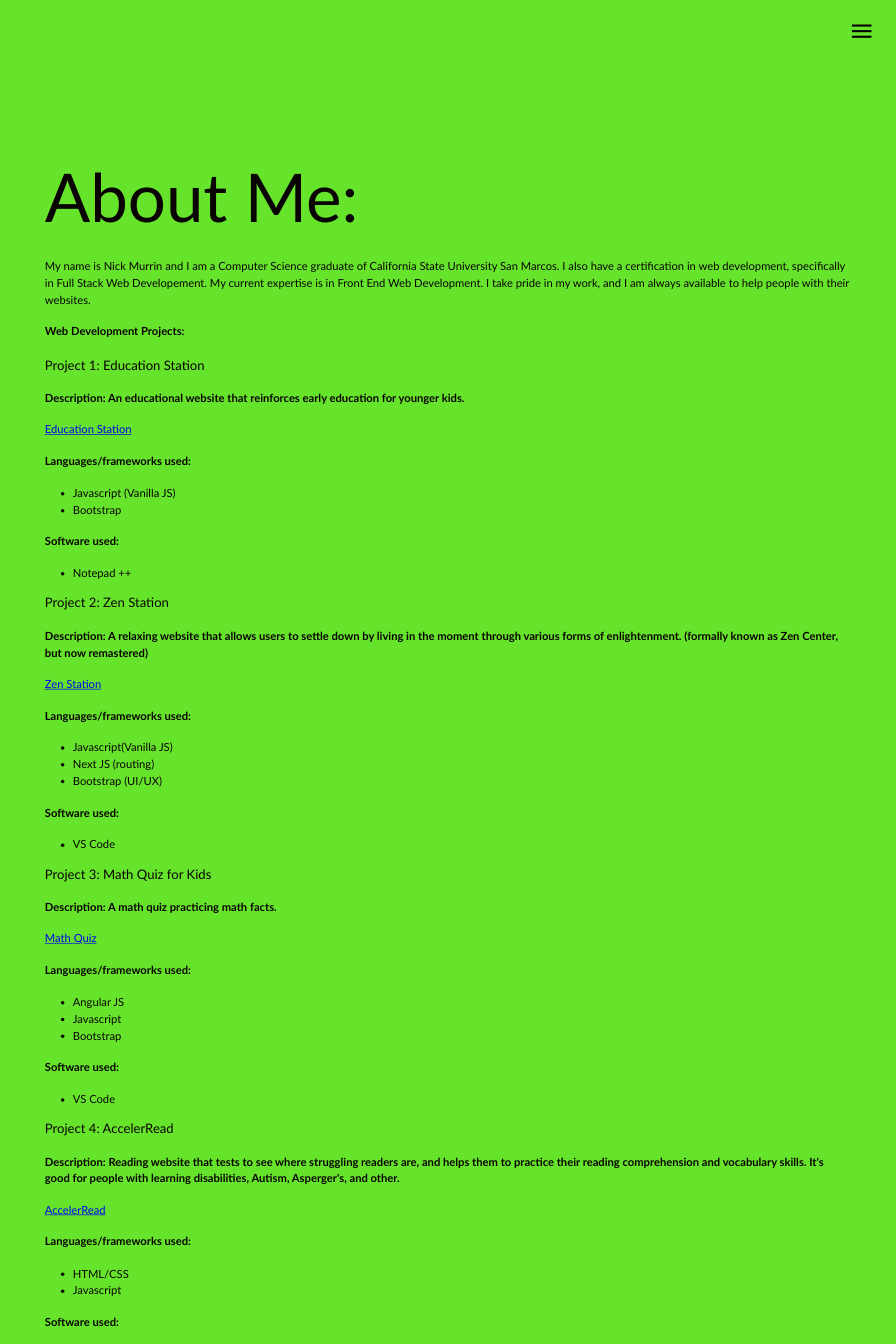
Repository: collegedude9300/modernport
Page: about.html
The author's editor kept a copy of each file at every save. The page is drawn from the files as they stood at one save, then again after the next save.
The browser window is 1280 px wide. The pictures show the part of the page from y = 0 to 1920 px (the page is 3272 px tall), at 70% of full size.

Above is the page before, as saved 2023-06-25 20:45:14.

### about.html
<!DOCTYPE html>
<html lang="en">
<head>
  <meta charset="UTF-8">
  <meta name="viewport" content="width=device-width, initial-scale=1.0">
  <meta http-equiv="X-UA-Compatible" content="ie=edge">
  <link rel="stylesheet" href="css/main.css">
  <title>Portfolio</title>
</head>
<body>
<header>
<div class="menu-btn">
<div class="btn-line"></div>
<div class="btn-line"></div>
<div class="btn-line"></div>
</div>

<nav class="menu">
<div class="menu-branding">
<div class="portrait"></div>
</div>

<ul class="menu-nav">
<li class="nav-item">
<a href="index.html" class="nav-link">
Home
</a>
</li>

<li class="nav-item current">
<a href="about.html" class="nav-link">
About Me
</a>
</li>



<li class="nav-item">
<a href="contact.html" class="nav-link">
Contact Me
</a>
</li>
</ul>
</nav>
</header>
<main id="home">

<h1 class="lg-heading">
About Me:
</h1>
    <div class="about-info">
      <div class="bio">
        <p>My name is Nick Murrin and I am a Computer Science graduate of California State University San Marcos.
        I also have a certification in web development, specifically in Full Stack Web Developement.
        My  current expertise is in Front End Web Development.
        I take pride in my  work, and I am always available to help people with their websites.
        </p>
        <h4>  Web Development Projects:</h4>
      </div>
      <div class="project1">
        <h3>Project 1: Education Station </h3>
        <h4>Description: An educational website that reinforces early education for younger kids.</h4>
        <a href="https://educationstation.vercel.app/ "/>Education Station </a>
<h4> Languages/frameworks used: </h4>
<ul>
  <li>Javascript (Vanilla JS)</li>
  <li>Bootstrap</li>
</ul>
<h4> Software used: </h4>
<ul>
<li> Notepad ++  </li>
</ul>
      </div>
      <div class="project2">
        <h3>Project 2: Zen Station</h3>
        <h4>Description: A relaxing website that allows users to settle down by living in the moment through various forms of enlightenment.
          (formally known as Zen Center, but now remastered)</h4>
        <a href="https://zenstationnext.vercel.app/"/> Zen Station </a>
<h4> Languages/frameworks used: </h4>
<ul>
  <li>Javascript(Vanilla JS)</li>
  <li>Next JS (routing)</li>
  <li>Bootstrap (UI/UX)</li>
</ul>
<h4> Software used: </h4>
<ul>
<li> VS Code  </li>
</ul>
      </div>
<div class="project3">
        <h3>Project 3: Math Quiz for Kids</h3>
        <h4>Description: A math quiz practicing math facts.</h4>
        <a href="https://mathquiz-sigma.vercel.app/"/> Math Quiz </a>
<h4> Languages/frameworks used: </h4>
<ul>
  <li>Angular JS</li>
  <li>Javascript</li>
  <li>Bootstrap</li>
</ul>
<h4> Software used: </h4>
<ul>
<li> VS Code  </li>
</ul>
      </div>
</div>
</div>
<div class="project4">
  <h3>Project 4: AccelerRead</h3>
  <h4>Description: Reading website that tests to see where struggling readers are,
and helps them to practice their reading comprehension and vocabulary skills.
 It's good for people with learning disabilities, Autism, Asperger's, and other.</h4>
  <a href="https://accelerread.vercel.app/"/> AccelerRead </a>
<h4> Languages/frameworks used: </h4>
<ul>
<li>HTML/CSS</li>
<li>Javascript</li>
</ul>
<h4> Software used: </h4>
<ul>
<li> VS Code  </li>
</ul>
</div>
</div>
<div class="project5">
  <h3>Project 5: Zen College</h3>
  <h4>Description: A template for creating a generic college form. Zen College is a college for people with the Zen Buddhist mindset.</h4>
  <a href="https://zenschool.vercel.app/"/> Zen College </a>
<h4> Languages/frameworks used: </h4>
<ul>
  <li>Javascript(Vanilla JS)</li>
  <li>Next JS (routing)</li>
  <li>Bootstrap (UI/UX)</li>
</ul>
<h4> Software used: </h4>
<ul>
<li> VS Code  </li>
</ul>
</div>
</div>
<div class="project6">
  <h3>Project 6: Spectrum Station College</h3>
  <h4>Description: A template for creating a generic college form. Spectrum Station College is a college for people with disabilities, inlcuding Autism, ADHD, Aspergers, and related conditions.</h4>
  <a href="https://spectrumstation.vercel.app/"/> Spectrum Station College </a>
<h4> Languages/frameworks used: </h4>
<ul>
  <li>Javascript(Vanilla JS)</li>
  <li>Next JS (routing)</li>
  <li>ChakraUI (UI/UX)</li>
</ul>
<h4> Software used: </h4>
<ul>
<li> VS Code  </li>
</ul>
</div>
</div>

<div class="project7">
  <h3>Project 7: Diet Blog</h3>
  <h4>Description: A blog containing series of different tidbits to help people maintain a better understanding of health and fitness</h4>
  <a href=""/> Diet Blog </a>
<h4> Languages/frameworks used: </h4>
<ul>
  <li>Javascript(Vanilla JS)</li>
  <li>Next JS (routing)</li>
  <li>Markup (JSON)</li>
</ul>
<h4> Software used: </h4>
<ul>
<li> VS Code  </li>
</ul>
</div>
</div>



<h3> Projects coming soon: (Mid 2023)      </h3>
<ul>
  <li> *insert Vuex (with Vue)project here*</li>
  <li> Math Quiz for Kids (revamped with Universal)</li>
</ul>
</main>
  <footer id="main-footer">
  Copyright &copy; 2023
  Developed and designed by Nick Murrin
  </footer>
<script src="js/main.js"> </script>
</body>
</html>

### css/main.css
.menu-btn {
  position: absolute;
  z-index: 3;
  right: 35px;
  top: 35px;
  cursor: pointer;
  transition: all 0.5s ease-out; }
  .menu-btn .btn-line {
    width: 28px;
    height: 3px;
    margin: 0 0 5px 0;
    background: #000;
    transition: all 0.5s ease-out; }
  .menu-btn.close {
    transform: rotate(180deg); }
    .menu-btn.close .btn-line:nth-child(1) {
      transform: rotate(45deg) translate(5px, 5px); }
    .menu-btn.close .btn-line:nth-child(2) {
      opacity: 0; }
    .menu-btn.close .btn-line:nth-child(3) {
      transform: rotate(-45deg) translate(7px, -6px); }

.menu {
  position: fixed;
  top: 0;
  width: 100%;
  opacity: 0.9;
  visibility: hidden; }
  .menu.show {
    visibility: visible; }
  .menu-branding, .menu-nav {
    display: flex;
    flex-flow: column wrap;
    align-items: center;
    justify-content: center;
    float: left;
    width: 50%;
    height: 100vh;
    overflow: hidden; }
  .menu-nav {
    margin: 0;
    padding: 0;
    background: #f6a205;
    list-style: none;
    transform: translate3d(0, -100%, 0);
    transition: all 0.5s ease-out; }
    .menu-nav.show {
      transform: translate3d(0, 0, 0); }
  .menu-branding {
    background: #faac1b;
    transform: translate3d(0, 100%, 0);
    transition: all 0.5s ease-out; }
    .menu-branding.show {
      transform: translate3d(0, 0, 0); }
    .menu-branding .portrait {
      width: 250px;
      height: 250px; }
  .menu .nav-item {
    transform: translate3d(600px, 0, 0);
    transition: all 0.5s ease-out; }
    .menu .nav-item.show {
      transform: translate3d(0, 0, 0); }
  .menu .nav-link {
    display: inline-block;
    position: relative;
    font-size: 30px;
    text-transform: uppercase;
    padding: 1rem 0;
    font-weight: 300;
    color: #000;
    text-decoration: none;
    transition: all 0.5s ease-out; }

.nav-item:nth-child(1) {
  transition-delay: 0.1s; }

.nav-item:nth-child(2) {
  transition-delay: 0.2s; }

.nav-item:nth-child(3) {
  transition-delay: 0.3s; }

.nav-item:nth-child(4) {
  transition-delay: 0.4s; }

@media screen and (min-width: 1171px) {
  .projects {
    grid-template-columns: repeat(4, 1fr); } }

@media screen and (min-width: 769px) and (max-width: 1170px) {
  .projects {
    grid-template-columns: repeat(3, 1fr); } }

@media screen and (max-width: 768px) {
  main {
    align-items: center;
    text-align: center; }
    main .lg-heading {
      line-height: 1;
      margin-bottom: 1rem; }
  ul.menu-nav,
  div.menu-branding {
    float: none;
    width: 100%;
    min-height: 0; }
    ul.menu-nav.show,
    div.menu-branding.show {
      transform: translate3d(0, 0, 0); }
  .menu-nav {
    height: 75vh;
    transform: translate3d(-100%, 0, 0);
    font-size: 24px; }
  .menu-branding {
    height: 25vh;
    transform: translate3d(100%, 0, 0); }
    .menu-branding .portrait {
      width: 150px;
      height: 150px; }
  .about-info {
    grid-template-areas: 'bioimage'
 'bio'
 'job1'
 'job2'
 'job3';
    grid-template-columns: 1fr; }
  .projects {
    grid-template-columns: repeat(2, 1fr); } }

@media screen and (max-width: 500px) {
  main {
    padding: 2rem; }
    main #home h1 {
      margin-top: 10vh; }
    main .lg-heading {
      margin-top: 1rem;
      font-size: 5rem; }
  .projects {
    grid-template-columns: 1fr; } }

* {
  box-sizing: border-box; }

body {
  background: #66e42c;
  color: #0a0303;
  height: 100%;
  margin: 0;
  font-family: 'Trebuchet MS', 'Lucida Sans Unicode', 'Lucida Grande', 'Lucida Sans', Arial, sans-serif;
  line-height: 1.5; }

.transition1 {
  width: 150px;
  height: 150px;
  background: red;
  transition: width 3s; }

.transition2 {
  width: 150px;
  height: 150px;
  background: #12e7ee;
  transition: width 3s; }

.transition3 {
  width: 150px;
  height: 150px;
  background: #e7d918;
  transition: width 3s; }

.transition4 {
  width: 150px;
  height: 150px;
  background: rgba(238, 150, 18, 0.753);
  transition: width 3s; }

.myTitle {
  padding: 50px;
  margin: 20px;
  font-size: 30px;
  font-family: Cambria, Cochin, Georgia, Times, 'Times New Roman', serif;
  color: #1133ca; }

h1, h2, h3 {
  margin: 0;
  font-weight: 400; }

.lg-heading {
  font-size: 6rem; }

header {
  position: relative;
  z-index: 2; }

main {
  padding: 4rem;
  height: 100%; }
  main#home {
    overflow: hidden; }
  main h1 {
    margin-top: 20vh; }

### js/main.js
// Select DOM Items
const menuBtn = document.querySelector('.menu-btn');
const menu = document.querySelector('.menu');
const menuNav = document.querySelector('.menu-nav');
const menuBranding = document.querySelector('.menu-branding');
const navItems = document.querySelectorAll('.nav-item');

// Set Initial State Of Menu
let showMenu = false;

menuBtn.addEventListener('click', toggleMenu);

function toggleMenu() {
  if (!showMenu) {
    menuBtn.classList.add('close');
    menu.classList.add('show');
    menuNav.classList.add('show');
    menuBranding.classList.add('show');
    navItems.forEach(item => item.classList.add('show'));

    // Set Menu State
    showMenu = true;
  } else {
    menuBtn.classList.remove('close');
    menu.classList.remove('show');
    menuNav.classList.remove('show');
    menuBranding.classList.remove('show');
    navItems.forEach(item => item.classList.remove('show'));

    // Set Menu State
    showMenu = false;
  }
}

After the next save:
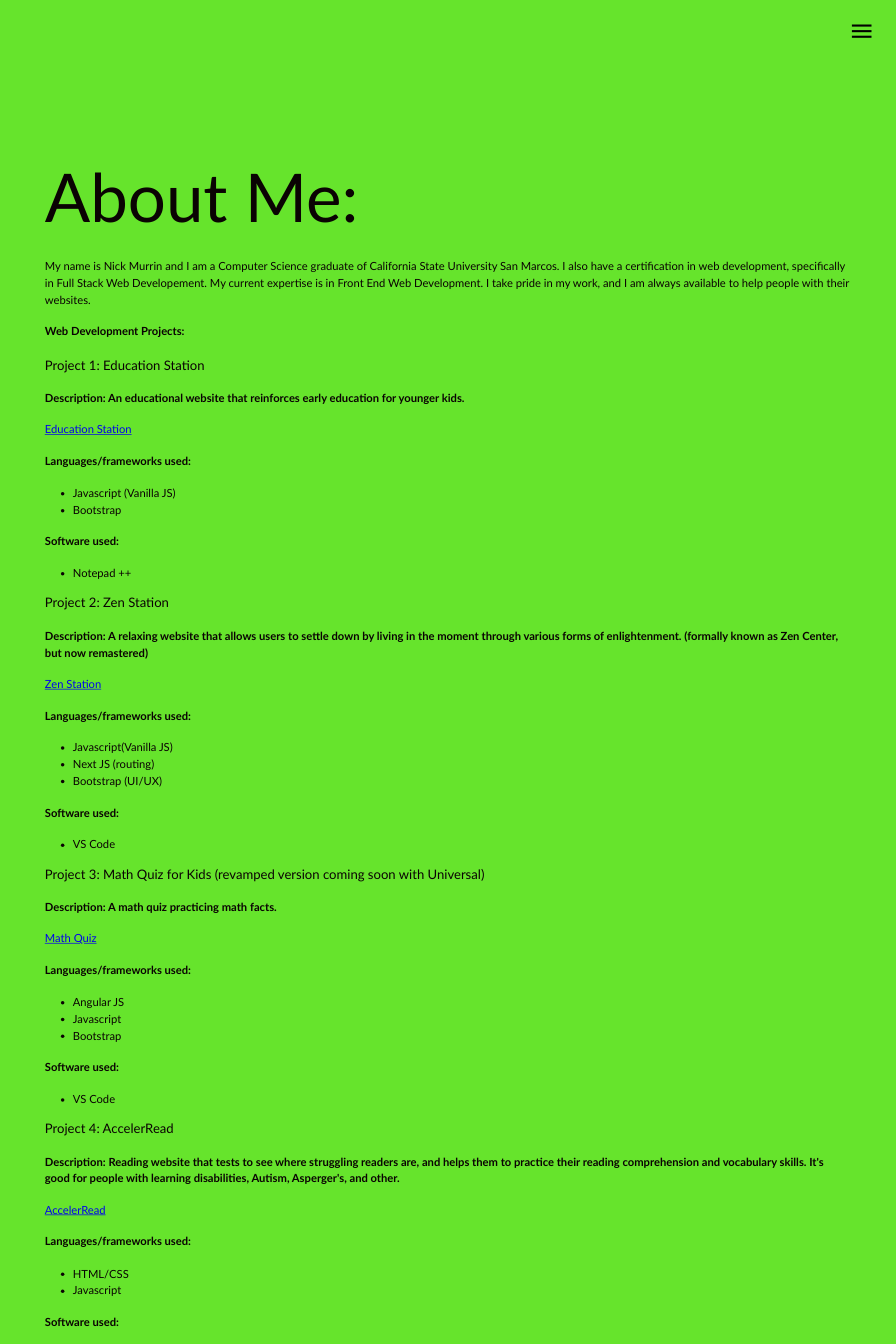
Saved 36 s later.
--- a/about.html
+++ b/about.html
@@ -88,7 +88,7 @@ About Me:
 </ul>
       </div>
 <div class="project3">
-        <h3>Project 3: Math Quiz for Kids</h3>
+        <h3>Project 3: Math Quiz for Kids (revamped version coming soon with Universal)</h3>
         <h4>Description: A math quiz practicing math facts.</h4>
         <a href="https://mathquiz-sigma.vercel.app/"/> Math Quiz </a>
 <h4> Languages/frameworks used: </h4>
